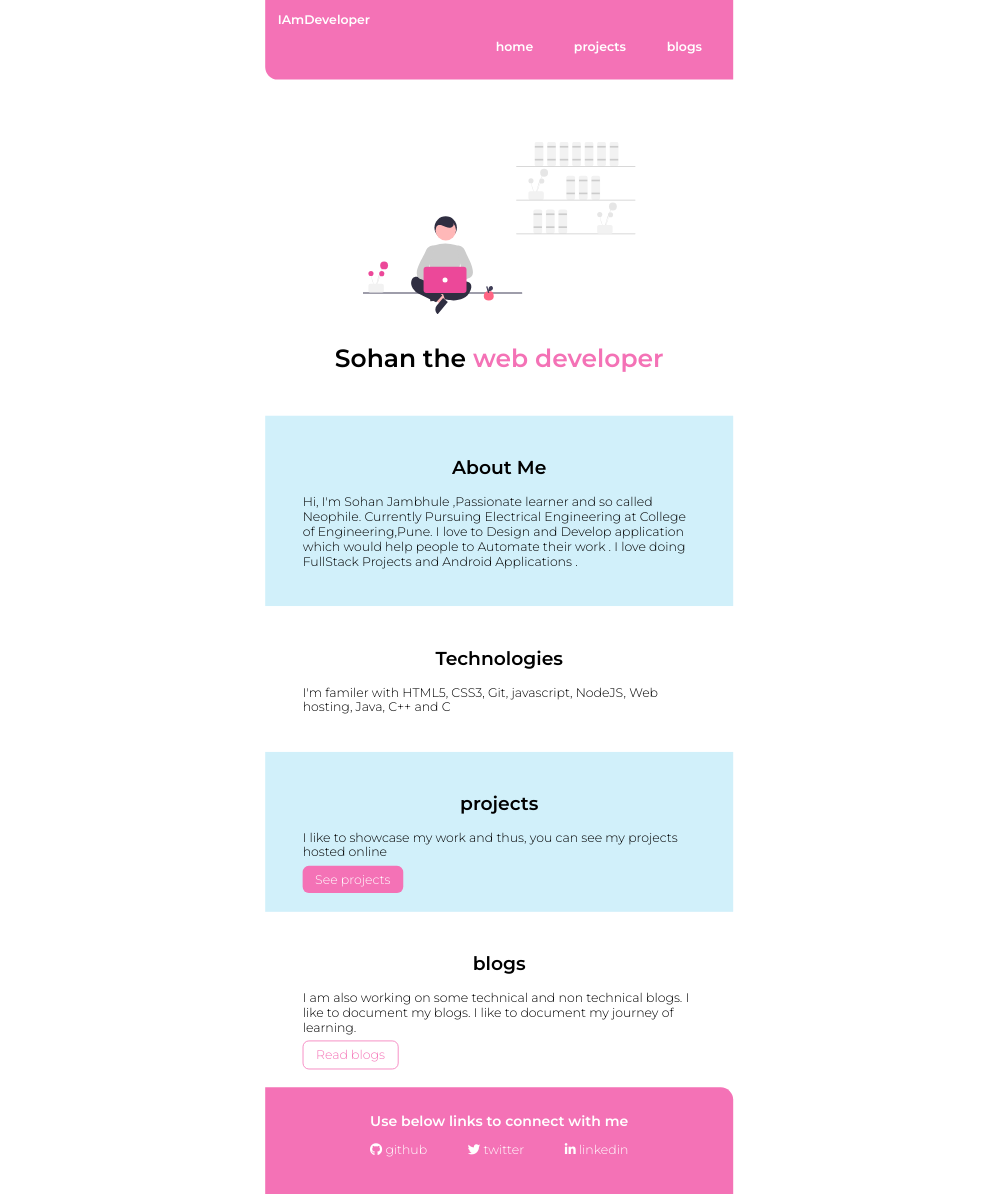
Repository: sohan2503001/Portfolio
Page: index.html
The author's editor kept a copy of each file at every save. The page is drawn from the files as they stood at one save, then again after the next save.
The browser window is 1280 px wide. The pictures show the whole page, at 78% of full size.

Above is the page before, as saved 2021-04-10 11:20:45.

### index.html
<!DOCTYPE html>
<html lang="en">

<head>
  <meta charset="UTF-8" />
  <meta name="viewport" content="width=device-width, initial-scale=1.0" />
  <title>home | Sohan Jambhule</title>
  <link rel="stylesheet" href="style.css" />
  <link rel="stylesheet" href="https://cdnjs.cloudflare.com/ajax/libs/font-awesome/5.15.1/css/all.min.css">
  <link rel="icon" href="images/favicon.svg" sizes="any" type="image/svg+xml">

</head>

<body>

  <nav class="navigation container">
    <div class="nav-brand">IAmDeveloper</div>
    <ul class="list-non-bullet nav-pills">
      <li class="list-item-inline">
        <a class="link link-active" href="/">home</a>
      </li>
      <li class="list-item-inline">
        <a class="link link-active" href="projects.html">projects</a>
      </li>
      <li class="list-item-inline">
        <a class="link link-active" href="blogs.html">blogs</a>
      </li>
    </ul>
  </nav>

  <header class="hero">
    <img class="hero-img" src="images/hero.svg" alt="" />
    <h1 class="hero-heading">
      Sohan the <span class="heading-inverted"> web developer</span>
    </h1>
  </header>

  <section class="section ow">
    <div class="container container-center">
      <h1>About Me</h1>
      <p>
        Hi, I'm Sohan Jambhule ,Passionate learner and so called Neophile.
        Currently Pursuing Electrical Engineering at College of Engineering,Pune.
        I love to Design and Develop application which would help people to Automate their work .
        I love doing FullStack Projects and Android Applications .
      </p>
    </div>
  </section>

  <section class="section">
    <div class="container container-center">
      <h1>Technologies</h1>
      <p>
        I'm familer with HTML5, CSS3, Git, javascript, NodeJS, Web hosting,
        Java, C++ and C
      </p>
    </div>
  </section>

  <section class="section ow">
    <div class="container container-center">
      <h1>projects</h1>
      <p>
        I like to showcase my work and thus, you can see my projects hosted
        online
      </p>
      <a class="link link-primary" href="projects.html">See projects</a>
    </div>
  </section>

  <section class="section ">
    <div class="container container-center">
      <h1>blogs</h1>
      <p>
        I am also working on some technical and non technical blogs. I like to
        document my blogs. I like to document my journey of learning.
      </p>
      <a class="link link-secondary" href="blogs.html">Read blogs</a>
    </div>
  </section>

  <footer class="footer">
    <div class="footer-header">Use below links to connect with me</div>
    <ul class="social-links list-non-bullet">
      <li class="list-item-inline">
        <a class="link" href="https://github.com/sohan2503001" target="_blank"><i class="fab fa-github"
            aria-hidden="true"></i>
          github
        </a>
      </li>
      <li class="list-item-inline">
        <a class="link" href="https://twitter.com/JambhuleSohan" target="_blank"><i class="fab fa-twitter"></i>
          twitter
        </a>
      </li>
      <li class="list-item-inline">
        <a class="link" href="https://www.linkedin.com/in/sohan-jambhule-144528198/" target="_blank"><i
            class="fab fa-linkedin-in"></i>
          linkedin
        </a>
      </li>

    </ul>
  </footer>

</body>

</html>

### style.css
@import url('https://fonts.googleapis.com/css2?family=Montserrat:wght@300;600&display=swap');

:root{
    --primary-color: #F472B6;
    --dark-gray: #4B5563;
    --off-white: #d1f0fa;
}

body {
    font-family: 'Montserrat', sans-serif;
    margin: auto;
    max-width: 600px;
    width: 100%;
}

hr{
    margin: 2rem 0rem;
}

/** container **/
.container{
    padding: 0rem 1rem;
}

.container-center{
    max-width: 600px;
    margin: auto;
}

/** links **/
.link{
    text-decoration: none;
    padding: 0.5rem 1rem;
    /*margin: 1rem 0rem 1rem 0rem;*/
}

.link-primary{
    background-color: var(--primary-color);
    border-radius: 0.5rem;
    color:white;
}

.link-secondary{
    color: var(--primary-color);
    border-radius: 0.5rem;
    border: 1px solid var(--primary-color);
}

/** lists **/

.list-non-bullet{
    list-style: none;
}

.list-item-inline{
    display: inline;
    padding: 0rem 0.5rem;
}

/** navigation **/

.navigation{
    background-color: var(--primary-color);
    color: white;
    padding: 1rem;
    border-bottom-left-radius: 1rem;
}

.navigation .nav-brand{
    font-weight: bold;
}

.navigation .nav-pills{
    text-align: right;
}

.navigation .link{
    color: white;
}

.navigation .link-active{
    font-weight: bold;
}

/**header **/

.hero{
    padding: 2rem;
    padding-top: 5rem;
}

.hero .hero-img{
    max-width: 350px;
    display: block;
    margin: auto;
}

.hero .hero-heading{
    padding-top: 1rem;
    color: var(--dark-red);
    text-align: center;
}

.hero .hero-heading .heading-inverted{
    color: var(--primary-color)
}

/** section **/
.section{
    padding: 2rem;
}

.section h1{
    text-align: center;
}

.ow {
    background-color: var(--off-white);
}

/**footer **/

.footer{
    background-color: var(--primary-color);
    padding: 2rem 1rem;
    text-align: center;
    color: white;
    border-top-right-radius: 1rem;
    position: relative;
}

.footer .link{
    color: white;
}

.footer .footer-header{
    font-weight: bold;
    font-size: large;
}

.footer ul{
    padding-inline-start: 0px;
}

After the next save:
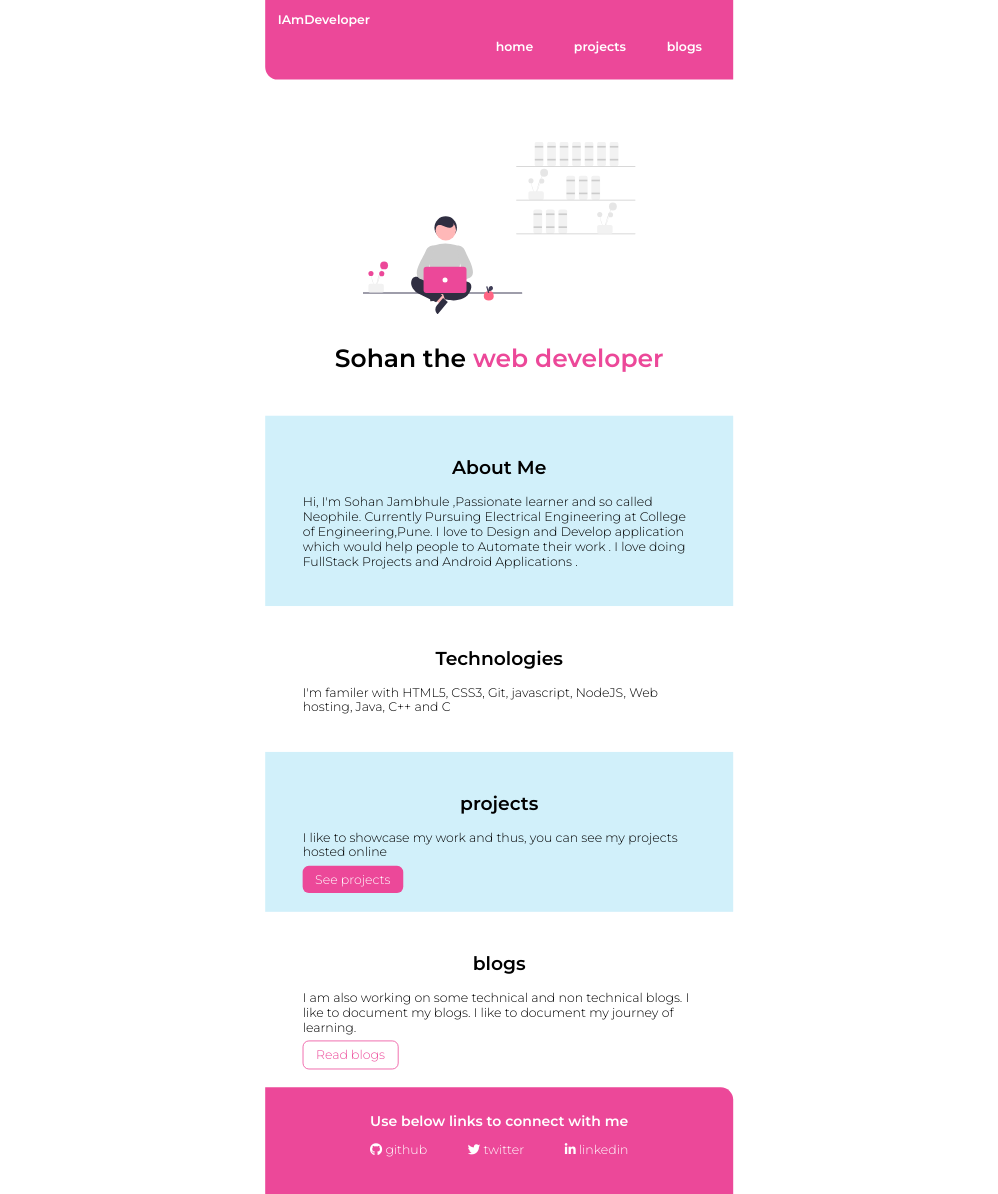
Saved 12 s later.
--- a/style.css
+++ b/style.css
@@ -1,7 +1,7 @@
 @import url('https://fonts.googleapis.com/css2?family=Montserrat:wght@300;600&display=swap');
 
 :root{
-    --primary-color: #F472B6;
+    --primary-color: #EC4899;
     --dark-gray: #4B5563;
     --off-white: #d1f0fa;
 }
